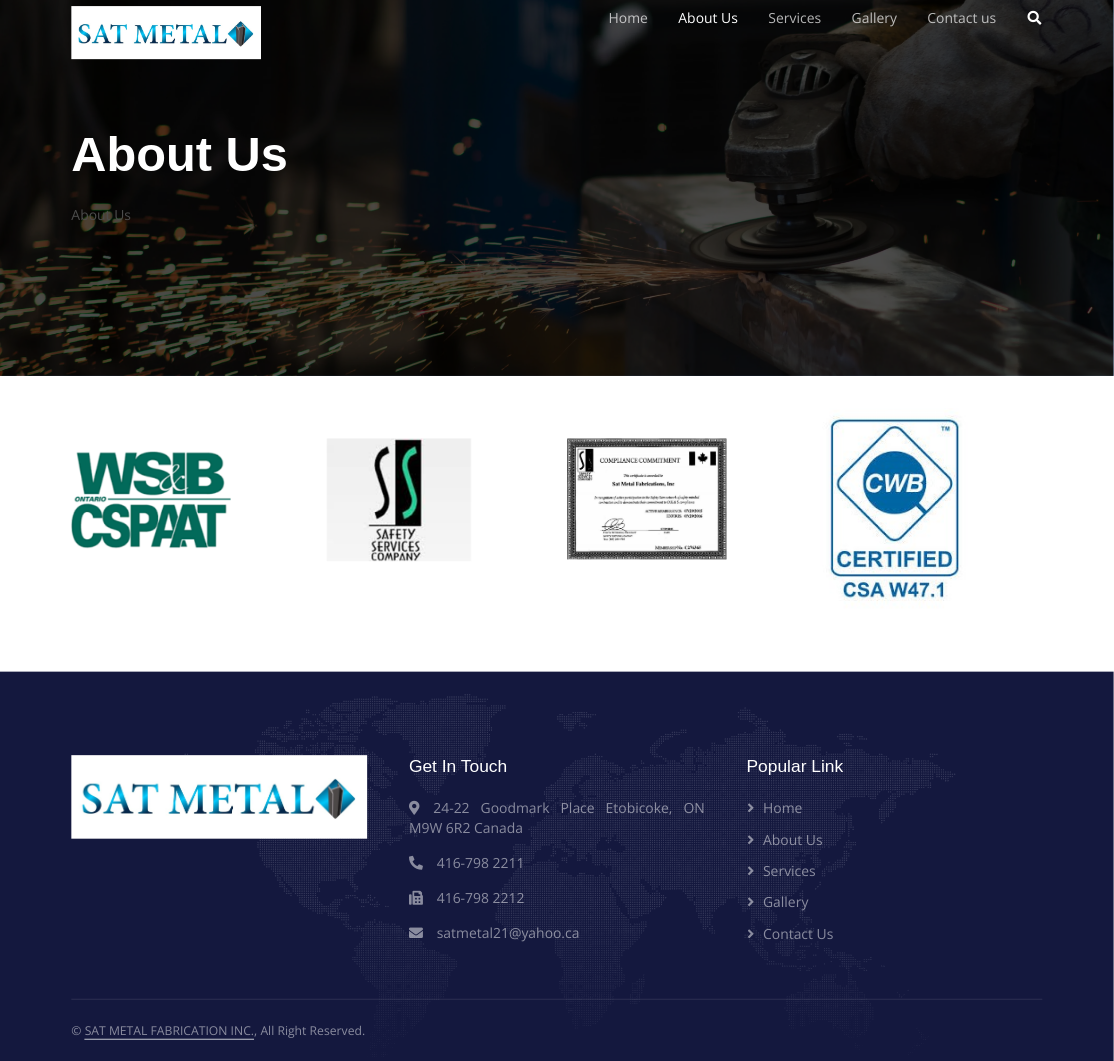
Repository: dzyte-services/satmetal
Page: http://localhost/about.php
The author's editor kept a copy of each file at every save. The page is drawn from the files as they stood at one save, then again after the next save.
The browser window is 1280 px wide. The pictures show the whole page, at 87% of full size.
Some web fonts or font styles are not loaded; a fallback is used. Some web libraries are served in a nearby version. The page is run by PHP 8.4 with error messages shown; the project is at /var/www/html/.

Above is the page before, as saved 2023-11-09 15:17:24.

After the next save:
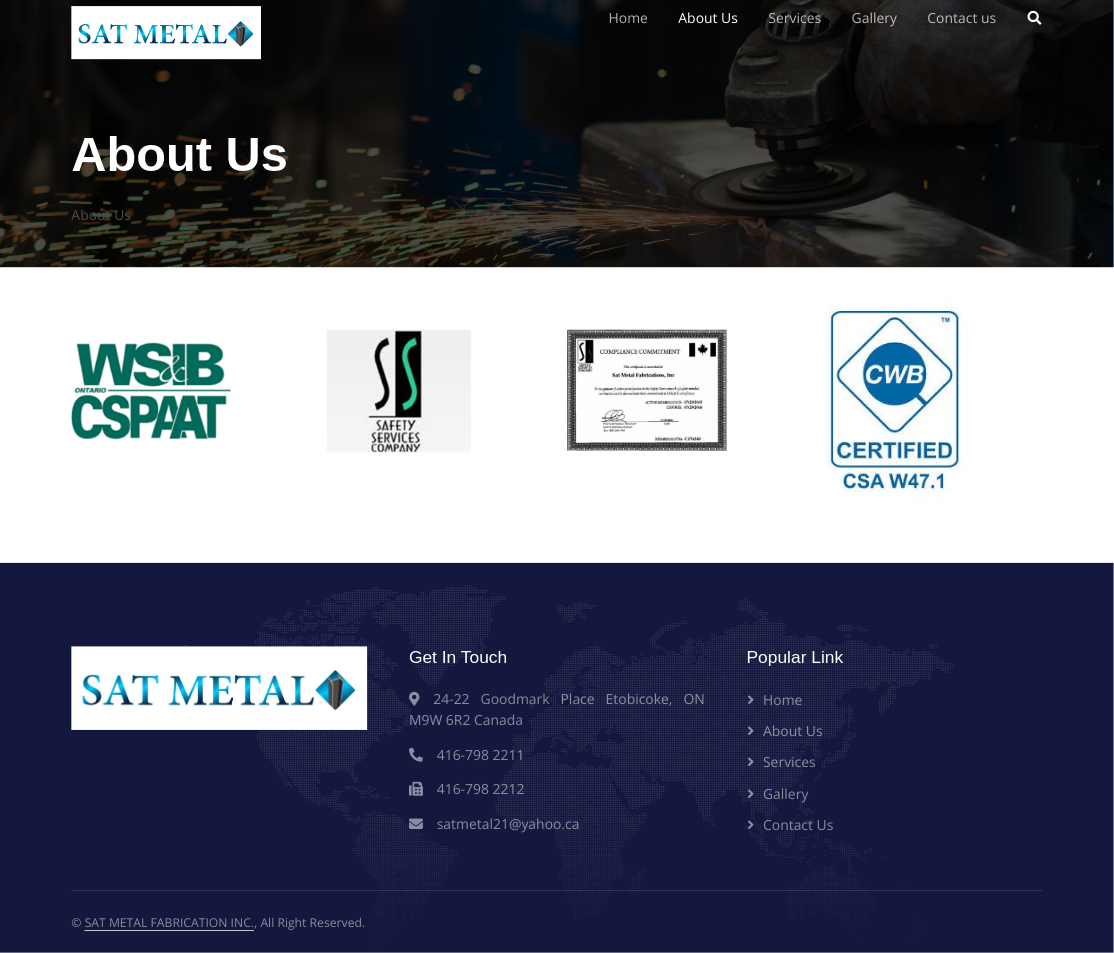
Saved 25 s later.
--- a/css/style.css
+++ b/css/style.css
@@ -151,7 +151,7 @@
     width: 100%;
     background-size: cover;
     position: relative;
-    min-height: 60vh;
+    /* min-height: 60vh; */
 
 }
 .hero-header::before {

After the save that followed:
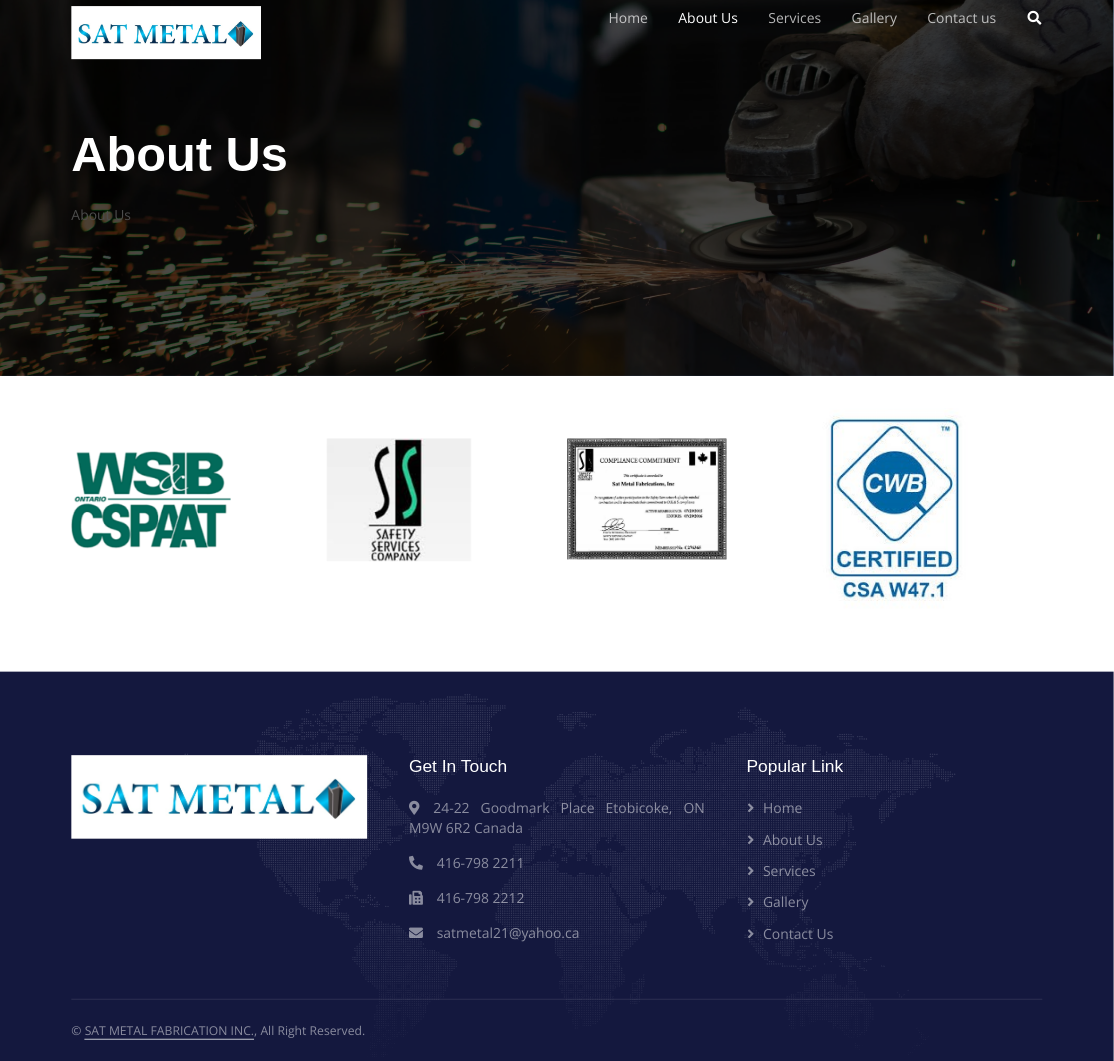
Saved 13 s later.
--- a/css/style.css
+++ b/css/style.css
@@ -151,7 +151,8 @@
     width: 100%;
     background-size: cover;
     position: relative;
-    /* min-height: 60vh; */
+    min-height: 60vh;
+    padding: 160px 0 60px 0;
 
 }
 .hero-header::before {
